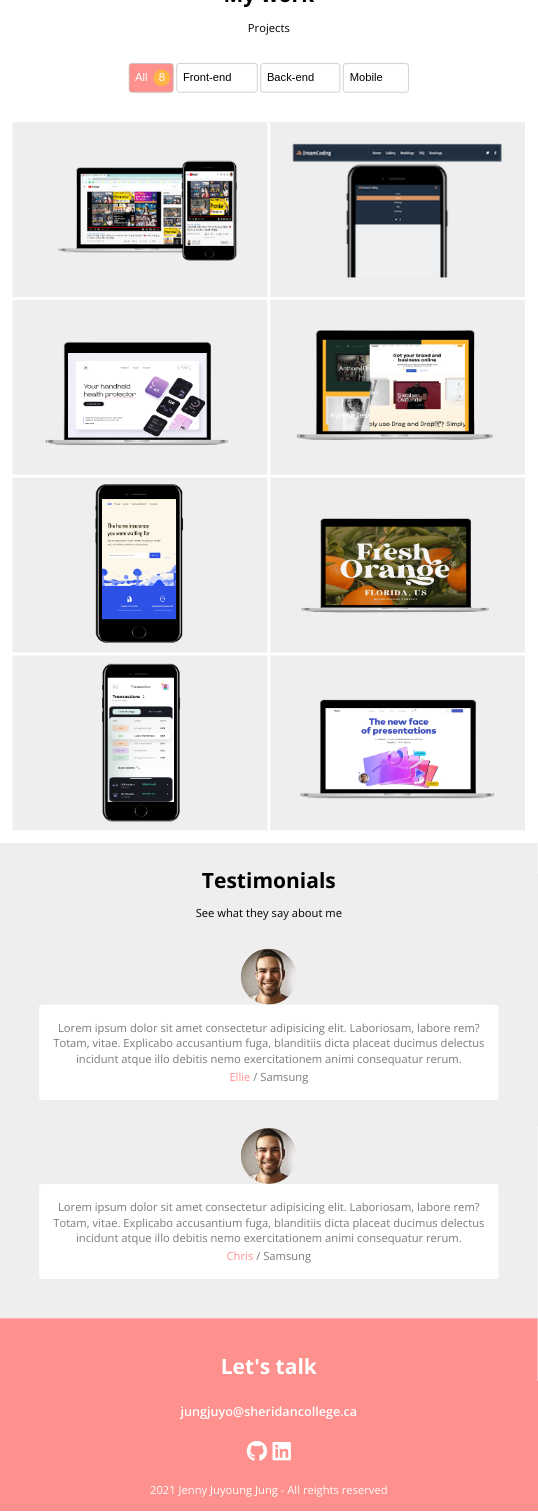
Repository: jennyjjung/portfolio.v0
Page: index.html
An editor plug-in stored every save of this project. The page is shown before and after the next save, followed by the edit.
The browser window is 768 px wide. The pictures show the part of the page from y = 2745 to 4985 px (the page is 4905 px tall before and 4985 px after), at 70% of full size.
Some web libraries are served in a nearby version.

Above is the page before, as saved 2022-02-28 12:10:51.

### index.html
<!DOCTYPE html>
<html lang="en">

<head>
  <meta charset="UTF-8">
  <meta http-equiv="X-UA-Compatible" content="IE=edge">
  <meta name="viewport" content="width=device-width, initial-scale=1.0">
  <title>Jenny's Portfolio</title>
  <meta name="description" content="Portfolio for world-renowned software engineer Jenny">
  <meta nema="author" content="Jenny">
  <link rel="icon" type="image/png" href="imgs/favicon.png" />
  <script src="https://kit.fontawesome.com/3a426e8432.js" crossorigin="anonymous"></script>
  <link rel="preconnect" href="https://fonts.googleapis.com">
  <link rel="preconnect" href="https://fonts.gstatic.com" crossorigin>
  <link href="https://fonts.googleapis.com/css2?family=Open+Sans:wght@400;600;700&display=swap" rel="stylesheet">
  <link rel="stylesheet" href="style.css" />
  <script src="main.js" defer></script>
</head>

<body>
  <!-- Navbar -->
  <nav id="navbar">
    <div class="navbar__logo">
      <i class="fab fa-diaspora"></i>
      <a href="#">Jenny</a>
    </div>
    <div class="navbar__menu">
        <li class="navbar__menu__item active" data-link="#home">Home</li>
        <li class="navbar__menu__item" data-link="#about">About</li>
        <li class="navbar__menu__item" data-link="#skills">Skills</li>
        <li class="navbar__menu__item" data-link="#work">My Work</li>
        <li class="navbar__menu__item" data-link="#testimonials">Testimonial</li>
        <li class="navbar__menu__item" data-link="#contact">Contact</li>
    </div>

    <!-- Toggel button -->
    <button class="navbar__toggle-btn">
      <i class="fas fa-bars"></i>
    </button>



  </nav>

  <!-- Home -->
  <section id="home">
    <div class= "home__container">
      <img src="imgs/profile.png" alt="Jenny's profile photo" class="home__avartar">
      <h1 class="home__title">Hello, <br>I am a Dream Coder!</h1>
      <h2 class="home__description">A Software Engineer currently residing in Ontario, Canada.</h2>
      <button class="home__contact">Contact Me</button>
    </div>
  </section>

  <!-- About -->
  <section id="about" class="section section__container">
    <h1>About me</h1>
    <p>
      Lorem ipsum dolor sit amet, consectetur adipisicing elit. Reiciendis, sit ex eos deserunt suscipit nobis
      aspernatur iste laudantium quibusdam aut, error iusto porro ut fuga corporis quis expedita, odit beatae?
    </p>
    <div class="about__majors">
      <div class="major">
        <div class="major__icon">
          <i class="fab fa-css3-alt"></i>
        </div>
        <h2 class="major__title">Front-end</h2>
        <div class="major__description">HTML, CSS, JavaScript, TypeScript, <br>React, Vue, Web APIs</div>
      </div>
      <div class="major">
        <div class="major__icon">
          <i class="fas fa-mobile-alt"></i>
        </div>
        <h2 class="major__title">Mobile</h2>
        <div class="major__description">Android, iOS, React Native, Flutter<br>Java, Swift, Kotilin</div>
      </div>
      <div class="major">
        <div class="major__icon">
          <i class="fas fa-server"></i>
        </div>
        <h2 class="major__title">Back-end</h2>
        <div class="major__description">Java, JavaScript, Go, NodeJS<br>Rest APIs, GraphGL</div>
      </div>
    </div>
    <div class="about__org">
      <div class="org">
        <img src="imgs/Sheridan_College_Logo.png" alt="Sheridan College" class="org__logo">
        <div class="job__description">
          <p class="org__name">Sheridan College - System Development Software Engineering</p>
          <p class="org__period">2021 Jan - Until now</p>
        </div>
      </div>
    </div>
  </section>

  <!-- Skills -->
  <section id="skills" class="section">
    <div class="section__container">
      <h1>Skills</h1>
      <h2>Skills & Attributes</h2>
      <p>
        Experience with all phases of the software life-cycle. Passion for learning new technologies. Capable of working
        within a team environment and independently. Ability to plan and time scheedule, work under strict time pressure
        and adapt quickly when needed.
      </p>

      <div class="skillset">
        <div class="skillset__left">
          <h3 class="skillset_title">Skills</h3>
          <div class="skill">
            <div class="skill_description">
              <span>Java</span>
              <span>80%</span>
            </div>
            <div class="skill__bar">
              <div class="skill__value" style="width:80%;"></div>
            </div>
          </div>
          <div class="skill">
            <div class="skill_description">
              <span>HTML, CSS</span>
              <span>95%</span>
            </div>
            <div class="skill__bar">
              <div class="skill__value" style="width:90%;"></div>
            </div>
          </div>
          <div class="skill">
            <div class="skill_description">
              <span>JavaScripnt</span>
              <span>80%</span>
            </div>
            <div class="skill__bar">
              <div class="skill__value" style="width:80%;"></div>
            </div>
          </div>
          <div class="skill">
            <div class="skill_description">
              <span>PHP</span>
              <span>50%</span>
            </div>
            <div class="skill__bar">
              <div class="skill__value" style="width:50%;"></div>
            </div>
          </div>
        </div>

        <div class="skillset__right">
          <div class="tools">
            <h3 class="skillset_title">Tools</h3>
            <ul class="tools__list">
              <li><span>Eclipse, Netbeans, IntelliJ</span></li>
              <li><span>Visual Studio Code, Atom</span></li>
              <li><span>Azure Data Studio</span></li>
              <li><span>Visual Paradigm</span></li>
            </ul>
          </div>
          <div class="technologies">
            <h3 class="skillset_title">Technologies</h3>
            <ul class="tools__list">
              <li><span>Linux</span></li>
              <li><span>Web Development</span></li>
              <li><span>Git</span></li>
            </ul>
          </div>
        </div>
      </div>
    </div>
  </section>

  <!-- Work -->
  <section id="work" class="section">
    <div class="section__container">
      <h1>My work</h1>
      <h3>Projects</h3>
      <div class="work__categories">
        <button class="category__btn selected" data-filter="*">All <span class="category__count">8</span></button>
        <button class="category__btn" data-filter="front-end">Front-end <span class="category__count">3</span></button>
        <button class="category__btn" data-filter="back-end">Back-end <span class="category__count">3</span></button>
        <button class="category__btn" data-filter="mobile">Mobile <span class="category__count">2</span></button>
      </div>

      <div class="work__projects">
        <a href="#" class="project" target="blank" data-type="front-end">
          <img class="project__img" src="imgs/projects/project1.png" alt="project1">
          <div class="project__description">
            <h3>Youtube Site</h3>
            <span>Clone coding with HTML and CSS</span>
          </div>
        </a>


        <a href="#" class="project" target="blank" data-type="back-end">
          <img class="project__img" src="imgs/projects/project2.png" alt="project2">
          <div class="project__description">
            <h3>project2</h3>
            <span>Clone coding with HTML and CSS</span>
          </div>
        </a>

        <a href="#" class="project" target="blank" data-type="front-end">
          <img class="project__img" src="imgs/projects/project3.png" alt="project3">
          <div class="project__description">
            <h3>project3</h3>
            <span>Clone coding with HTML and CSS</span>
          </div>
        </a>

        <a href="#" class="project" target="blank" data-type="back-end">
          <img class="project__img" src="imgs/projects/project4.png" alt="project4">
          <div class="project__description">
            <h3>project4</h3>
            <span>Clone coding with HTML and CSS</span>
          </div>
        </a>

        <a href="#" class="project" target="blank" data-type="mobile">
          <img class="project__img" src="imgs/projects/project5.png" alt="project5">
          <div class="project__description">
            <h3>project5</h3>
            <span>Clone coding with HTML and CSS</span>
          </div>
        </a>


        <a href="#" class="project" target="blank" data-type="front-end">
          <img class="project__img" src="imgs/projects/project6.png" alt="project6">
          <div class="project__description">
            <h3>project6</h3>
            <span>Clone coding with HTML and CSS</span>
          </div>
        </a>


        <a href="#" class="project" target="blank" data-type="mobile">
          <img class="project__img" src="imgs/projects/project7.png" alt="project7">
          <div class="project__description">
            <h3>project7</h3>
            <span>Clone coding with HTML and CSS</span>
          </div>
        </a>


        <a href="#" class="project" target="blank" data-type="back-end">
          <img class="project__img" src="imgs/projects/project8.png" alt="project8">
          <div class="project__description">
            <h3>project8</h3>
            <span>Clone coding with HTML and CSS</span>
          </div>
        </a>
      </div>
    </div>
  </section>

  <!-- Testimonials -->
  <section id="testimonials" class="section">
    <div class="section__container">
      <h1>Testimonials</h1>
      <h3>See what they say about me</h3>
      <div class="testimonials">
        <div class="testimonial">
          <img src="imgs/testimonial/bob.jpg" alt="People" class="testimonial__avatar">
          <div class="testimonial__speech-bubble">
            <p>Lorem ipsum dolor sit amet consectetur adipisicing elit. Laboriosam, labore rem? Totam, vitae. Explicabo accusantium fuga, blanditiis dicta placeat ducimus delectus incidunt atque illo debitis nemo exercitationem animi consequatur rerum.</p>
            <p class="name"><a href="#">Ellie </a>/ Samsung</p>
          </div>
        </div>
      </div>

      <div class="testimonials">
        <div class="testimonial">
          <div class="testimonial__speech-bubble">
            <p>Lorem ipsum dolor sit amet consectetur adipisicing elit. Laboriosam, labore rem? Totam, vitae. Explicabo accusantium fuga, blanditiis dicta placeat ducimus delectus incidunt atque illo debitis nemo exercitationem animi consequatur rerum.</p>
            <p class="name"><a href="#">Chris </a>/ Samsung</p>
          </div>
          <img src="imgs/testimonial/bob.jpg" alt="People" class="testimonial__avatar">
        </div>
      </div>
    </div>

  </section>

  <!-- Contact -->
  <section id="contact" class="section">
    <h1 class="contact__title">Let's talk</h1>
    <h2 class="contact__email">jungjuyo@sheridancollege.ca</h2>
    <div class="contact__links">
      <a href="https://github.com/jennyjjung" target="_blank">
        <i class="fa fa-github"></i>
      </a>
      <a href="https://www.linkedin.com/in/jennyjjung" target="_blank">
        <i class="fa fa-linkedin-square"></i>
      </a>
    </div>
    <p class="contact__rights">2021 Jenny Juyoung Jung - All reights reserved</p>
  </section>

  <!-- Arrow up-->
  <button class="arrow-up">
    <i class="fa-solid fa-arrow-up"></i>
  </button>
</body>

</html>

### style.css
/* Global */
:root {
  /* Color */
  --color-white: #ffffff;
  --color-light-white: #eeeeee;
  --color-dark-white: #bdbdbd;
  --color-pink: #fe918d;
  --color-dark-pink: #ff6863;
  --color-dark-grey: #4d4d4d;
  --color-grey: #616161;
  --color-light-grey: #7c7979;
  --color-blue: #73aace;
  --color-yellow: #fff7d1;
  --color-orange: #feb546;
  --color-black: #000000;

  /* Font weight */
  --weight-bold: 700;
  --weight-semi-bold: 600;
  --weight-regular: 400;

  /* Font Size */
  --font-large: 48px;
  --font-medium: 28px;
  --font-regular: 18px;
  --font-small: 16px;
  --font-micro: 14px;

  /* Size */
  --size-border-radius: 4px;

  /* Animation */
  --animation-duration: 300ms;
}

/* Universal tags */
* {
  box-sizing: border-box;
}

body {
  margin: 0;
  font-family: "Open Sans", sans-serif;
  cursor: default;
}

a {
  text-decoration: none;
  color: var(--color-white);
}

ul {
  list-style: none;
  padding-left: 0;
}

li {
  list-style: none;
}

button {
  background-color: transparent;
  cursor: pointer;
  border: none;
  outline: none;
}

/* Typography */
h1 {
  font-size: var(--font-large);
  font-weight: var(--weight-bold);
  color: var(--color-black);
  margin: 16px 0px;
}

h2 {
  font-size: var(--font-medium);
  font-weight: var(--weight-semi-bold);
  color: var(--color-black);
  margin: 8px 0;
}

h3 {
  font-size: var(--font-regular);
  font-weight: var(--weight-regular);
  color: var(--color-black);
  margin: 8px 0;
}

p {
  font-size: var(--font-regular);
  font-weight: var(--weight-regular);
  color: var(--color-black);
  margin: 4px 0;
}

/* Navbar */
#navbar {
  position: fixed;
  width: 100%;
  display: flex;
  justify-content: space-between;
  background-color: transparent;
  align-items: center;
  color: var(--color-white);
  padding: 16px;
  transition: all var(--animation-duration) ease-in-out;
  z-index: 1;
}

#navbar.navbar--dark {
  background-color: var(--color-pink);
  padding: 5px;
}

.navbar__menu {
  display: flex;
}

.navbar__logo {
  font-size: var(--font-medium);
  font-weight: var(--weight-semi-bold);
}

.navbar__menu__item {
  padding: 8px 12px;
  margin: 0 4px;
  cursor: pointer;
  color: var(--color-white);
  border: 1px solid transparent;
  border-radius: var(--size-border-radius);
}

.navbar__menu__item:hover {
  border-color: var(--color-white);
  background-color: var(--color-dark-pink);
}

.navbar__toggle-btn {
  position: absolute;
  right: 32px;
  font-size: 24px;
  color: var(--color-white);
  top: 24px;
  display: none;
}

/* Home */
#home {
  background: url("imgs/homebackground.png") center/cover no-repeat;
  padding: 40px;
  padding-top: 120px;
  text-align: center;
}

.home__avartar {
  width: 250px;
  height: 250px;
  border-radius: 50%;
  border: 2px solid var(--color-light-white);
}

.home__title,
.home__description {
  color: var(--color-white);
}

.home__contact {
  color: var(--color-light-white);
  font-size: var(--font-regular);
  font-weight: var(--weight-bold);
  margin: 24px;
  padding: 8px 12px;
  border: 2px solid var(--color-light-white);
  border-radius: var(--size-border-radius);
}

.home__contact:hover {
  background-color: var(--color-orange);
}

/* Section common */
.section {
  padding: 50px;
  text-align: center;
  margin: auto;
}

.section__container {
  max-width: 1200px;
  margin: auto;
}

/* About */
.about__majors {
  display: flex;
  justify-content: space-between;
  margin: 80px 0;
}

.major__icon {
  width: 170px;
  height: 170px;
  line-height: 170px;
  font-size: 70px;
  margin: auto;
  color: var(--color-blue);
  border: 1px solid var(--color-blue);
  border-radius: 50%;
  margin-bottom: 16px;
}

.major__icon i {
  transition: all var(--animation-duration) ease;
}

.major__icon:hover i {
  color: var(--color-pink);
  transform: rotate(-30deg) scale(1.1);
}

.major__title,
.major__description {
  color: var(--color-dark-grey);
}

.major__description {
  font-size: var(--font-small);
}

.org {
  display: flex;
  align-items: center;
}

.org img {
  width: 80px;
}

.org__description {
  margin: 0 16px;
  text-align: left;
}

.org__name,
.org__period {
  color: var(--color-light-grey);
}

.org__name {
  font-size: var(--font-small);
}

.org__period {
  font-size: var(--font-micro);
}

/* Skill */

#skills {
  background-color: var(--color-yellow);
}

.skillset {
  display: flex;
  background-color: var(--color-light-grey);
  color: var(--color-light-white);
  margin: 20px 0;
}

.skillset_title {
  color: var(--color-white);
}

.skillset__left {
  flex-basis: 60%;
  background-color: var(--color-dark-grey);
  padding: 20px 40px;
}

.skill {
  margin-bottom: 32px;
}

.skill_description {
  display: flex;
  justify-content: space-between;
}

.skill__bar {
  width: 100%;
  height: 3px;
  background-color: var(--color-grey);
}

.skill__value {
  height: 3px;
  background-color: var(--color-orange);
}

.skillset__right {
  flex-basis: 40%;
}

.tools {
  background-color: var(--color-grey);
}

.tools,
.technologies {
  padding: 20px;
}

/* Work */

.work__categories {
  margin: 40px;
}
.category__btn {
  border: 1px solid var(--color-dark-white);
  border-radius: var(--size-border-radius);
  font-size: var(--font-regular);
  padding: 8px 48px;
}

.category__btn.selected,
.category__btn:hover {
  background-color: var(--color-pink);
  color: var(--color-white);
}

.category__btn.selected .category__count,
.category__btn:hover .category__count {
  opacity: 1;
  top: 0;
}

.category__count {
  background-color: var(--color-orange);
  border-radius: 50%;
  color: var(--color-white);
  width: 24px;
  line-height: 24px;
  display: inline-block;
  position: relative;
  top: -20px;
  left: 4px;
  opacity: 0;
  transition: all var(--animation-duration);
}

.work__projects {
  display: flex;
  flex-wrap: wrap;
  justify-content: center;
  opacity: 1;
  transition: all var(--animation-duration) ease-out;
}

.work__projects.anim-out {
  opacity: 0;
  transform: scale(0.96) translateY(40px);
}

.project {
  display: flex;
  justify-content: center;
  align-items: center;
  position: relative;
  width: 280px;
  height: 250px;
  margin: 2px;
  background-color: var(--color-light-white);
}

.project.invisible {
  display: none;
}

.project__img {
  max-width: 100%;
  max-height: 100%;
}

.project__description {
  display: flex;
  flex-direction: column;
  justify-content: center;
  background-color: black;
  position: absolute;
  top: 0;
  left: 0;
  width: 100%;
  height: 100%;
  opacity: 0;
  transform: translateY(10px);
  transition: all var(--animation-duration) ease;
}

.project:hover .project__description {
  opacity: 0.8;
  transform: translateY(0px);
}

.project__description h3 {
  color: var(--color-orange);
}

.project__description h3:after {
  content: "";
  display: block;
  position: relative;
  left: 50%;
  width: 50px;
  height: 2px;
  transform: translateX(-50%);
  margin-top: 8px;
  background-color: var(--color-dark-white);
}

/* Testimonials */

#testimonials {
  background-color: var(--color-light-white);
}

.testimonials {
  margin: 40px;
}

.testimonial {
  display: flex;
  margin: 32px 0;
}

.testimonial__avatar {
  width: 150px;
  height: 150px;
  border-radius: 50%;
}

.testimonial__avatar:nth-child(odd) {
  margin-right: 40px;
}

.testimonial__avatar:nth-child(even) {
  margin-left: 40px;
}

.testimonial__speech-bubble {
  padding: 18px;
  background-color: var(--color-white);
  border-radius: var(--size-border-radius);
}

.testimonial__speech-bubble p {
  color: var(--color-light-grey);
}

.testimonial__speech-bubble a {
  color: var(--color-pink);
}

/* Contact */

#contact {
  background-color: var(--color-pink);
}

.contact__title,
.contact__email,
.contact__rights {
  color: var(--color-white);
}

.contact__title {
  margin: 32px 0;
}

.contact__links {
  font-size: var(--font-large);
  margin: 24px 0;
  transition: all var(--animation-duration);
}

.contact__links i:hover {
  transform: scale(1.1);
  color: var(--color-light-grey);
}

/* Scroll */
.arrow-up {
  position: fixed;
  bottom: 50px;
  right: 50px;
  width: 70px;
  height: 70px;
  font-size: 50px;
  color: var(--color-white);
  background-color: var(--color-pink);
  border-radius: 50%;
  opacity: 0;
  pointer-events: none;
  transition: opacity 300ms ease-in;
}

.arrow-up.visible {
  opacity: 1;
  pointer-events: auto;
}

/* For below 768px screen width */
@media screen and (max-width: 768px) {
  :root {
    /* Font Size */
    --font-large: 30px;
    --font-medium: 18px;
    --font-regular: 16px;
    --font-small: 14px;
    --font-micro: 12px;
  }
  .navbar__toggle-btn {
    display: block;
  }

  #navbar {
    flex-direction: column;
    align-items: flex-start;
    background-color: var(--color-pink);
  }

  #navbar.navbar--dark {
    padding: 16px;
  }

  .navbar__menu {
    flex-direction: column;
    text-align: center;
    width: 100%;
    display: none;
  }

  .navbar__menu.open {
    display: block;
  }

  .section {
    padding: 16px;
  }

  .about__majors {
    flex-direction: column;
    margin-top: 30px;
    margin-bottom: 0px;
  }

  .major {
    margin-bottom: 38px;
  }

  .skillset {
    flex-direction: column;
  }

  .category__btn {
    padding: 8px;
  }

  .project {
    flex-grow: 1;
  }

  .testimonial {
    flex-direction: column;
    align-items: center;
  }

  .testimonial__avatar {
    width: 80px;
    height: 80px;
  }

  .testimonial__avatar:nth-child(odd),
  .testimonial__avatar:nth-child(even) {
    margin: 0;
  }

  .testimonial__speech-bubble {
    order: 1;
  }
}

### main.js
'use strict';


// Make navbar transparent when it is on the top
const navbar = document.querySelector('#navbar');
const navbarHeight = navbar.getBoundingClientRect().height;

document.addEventListener('scroll', () => {
  // console.log(window.scrollY);
  // console.log(`navbarHeight: ${navbarHeight}`);

  if(window.scrollY > navbarHeight) {
    navbar.classList.add('navbar--dark');
  } else {
    navbar.classList.remove('navbar--dark');
  }
});

// Handle scrolling when tapping on the navbar menu
const navbarMenu = document.querySelector('.navbar__menu');
navbarMenu.addEventListener('click', (event) => {
  const target = event.target;
  const link = target.dataset.link;

  if (link == null) {
    return;
  }
  //console.log(event.target.dataset.link);
  navbarMenu.classList.remove('open');
  scrollIntoView(link);
});

// Navbar toggle button for small screen
const navbarToggleBtn = document.querySelector('.navbar__toggle-btn');
navbarToggleBtn.addEventListener('click', () => {
  navbarMenu.classList.toggle('open');
});


// Handle click on "contact me" button on home
const homeContactBtn = document.querySelector('.home__contact');

homeContactBtn.addEventListener('click', (event) => {
  scrollIntoView('#contact');
});

// Make home slowly fade to transparent as the window scrolls down
const home = document.querySelector('.home__container');
const homeHeight = home.getBoundingClientRect().height;
document.addEventListener('scroll', () => {
  //console.log(1 - window.scrollY / homeHeight);
  home.style.opacity = 1 - window.scrollY / homeHeight;
});

// Show "arrow up" button when scrolling down
const arrowUp = document.querySelector('.arrow-up');
document.addEventListener('scroll', () => {
  if(window.scrollY > homeHeight / 2) {
    arrowUp.classList.add('visible');
  } else {
    arrowUp.classList.remove('visible');
  }
});

// Handle click on the "arrow up" button
arrowUp.addEventListener('click', () => {
  scrollIntoView('#home');
});

// Projects
const workBtnContainer = document.querySelector('.work__categories');
const projectContainer = document.querySelector('.work__projects');
const projects = document.querySelectorAll('.project');
workBtnContainer.addEventListener('click', (e) => {
  const filter = e.target.dataset.filter || e.target.parentNode.dataset.filter;

  if (filter == null) {
    return;
  }

  // Remove selection from the previous item and select the new one
  const active = document.querySelector('.category__btn.selected');
  active.classList.remove('selected');
  const target =
    e.target.nodeName === 'BUTTON' ? e.target : e.target.parentNode;
  target.classList.add('selected');

  projectContainer.classList.add('anim-out');
  setTimeout(() => {
    projects.forEach((project) => {
      console.log(project.dataset.type);
      if (filter === '*' || filter === project.dataset.type) {
        project.classList.remove('invisible');
      } else {
        project.classList.add('invisible');
      }
    });
    projectContainer.classList.remove('anim-out');
  }, 300);

  // console.log('----------------');
  // for (let project of projects) {
  //   console.log(project);
  // }

  // console.log('----------------');
  // let project;
  // for (let i = 0; i < projects.length; i++) {
  //   project = projects[i];
  // }

});


// extract method that is repeating
function scrollIntoView(selector) {
  const scrollTo = document.querySelector(selector);
  scrollTo.scrollIntoView({behavior: 'smooth'});
};

After the next save:
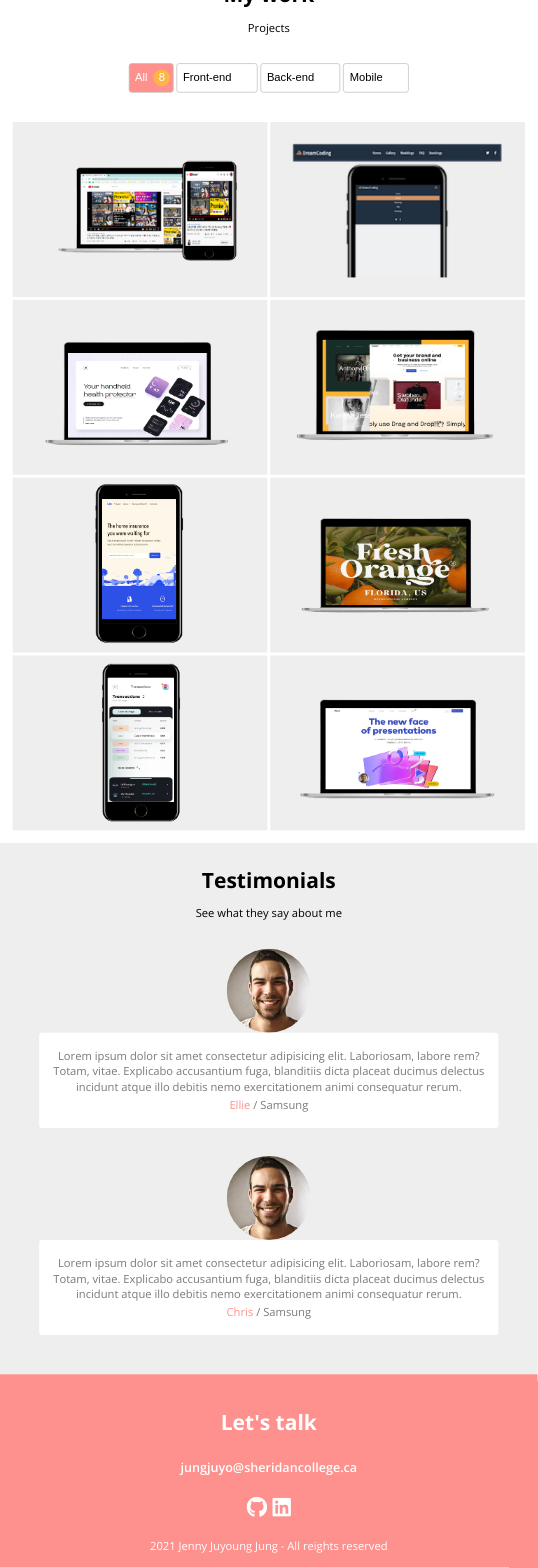
Saved 29 s later.
--- a/style.css
+++ b/style.css
@@ -576,8 +576,9 @@ p {
   }
 
   .testimonial__avatar {
-    width: 80px;
-    height: 80px;
+    width: 120px;
+    height: 120px;
+    margin-bottm: 20px;
   }
 
   .testimonial__avatar:nth-child(odd),
